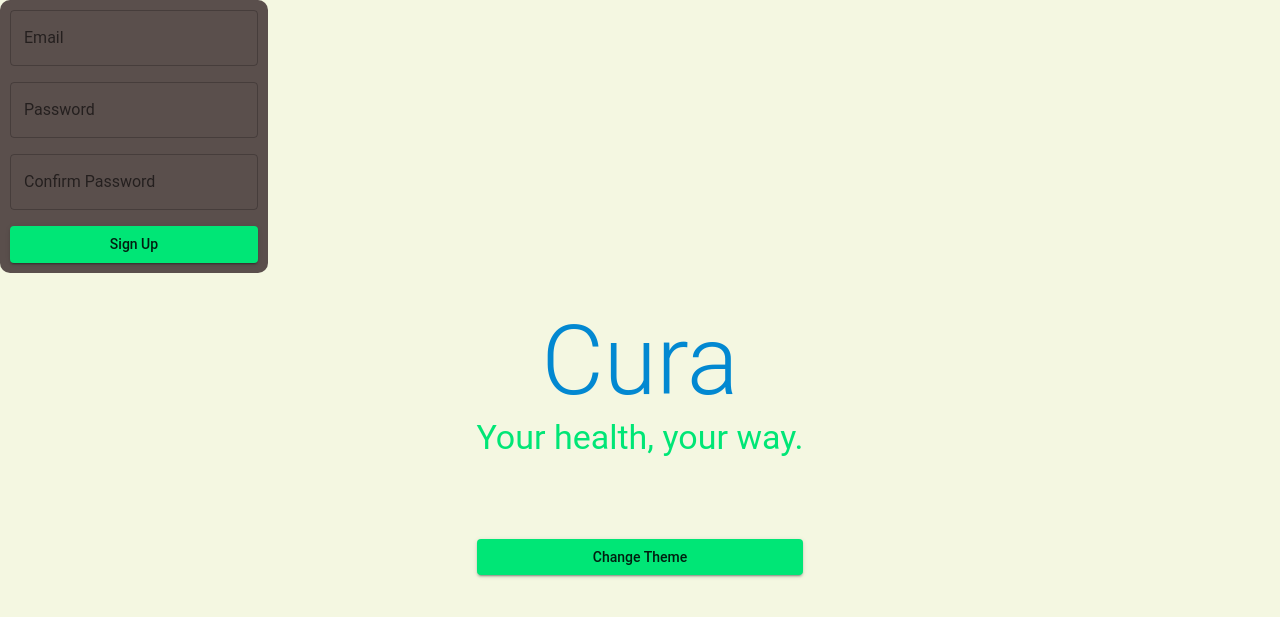
Repository: CryptoFamilyNFT/Cura
Page: / (app in cura/)
An editor plug-in stored every save of this project. The page is shown before and after the next save, followed by the edit.
The browser window is 1280 px wide. The pictures show the whole page.
Pictures or frames that could not be fetched are drawn as grey boxes. The project was rebuilt for these pictures with package versions that can differ from the ones it lists, and the page was loaded fresh each time. Also part of the build but not shown: cura/vite.config.js.

Above is the page before, as saved 2025-03-04 16:29:33.

After the next save:
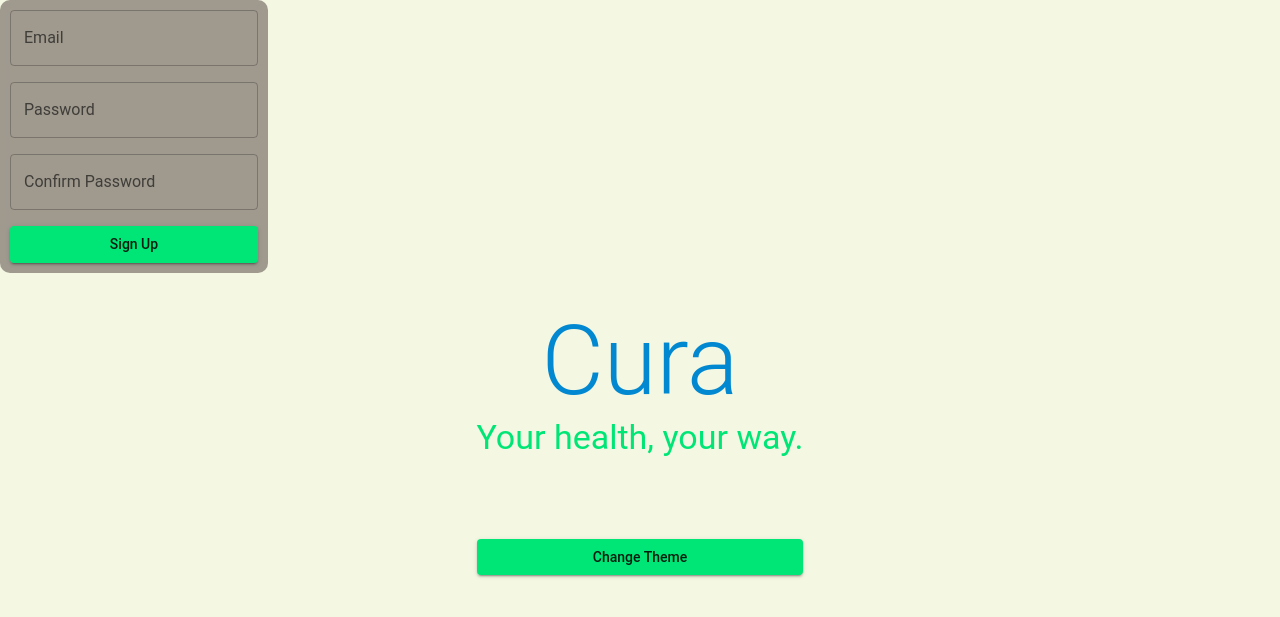
Saved 5 s later.
--- a/cura/src/components/SignUp/SignUp.jsx
+++ b/cura/src/components/SignUp/SignUp.jsx
@@ -17,7 +17,7 @@
                 left: 0,
                 width: 'auto',
                 height: 'auto',
-                backgroundColor: 'rgba(74, 60, 60, 0.9)',
+                backgroundColor: 'rgba(74, 60, 60, 0.5)',
                 zIndex: 1,
                 backdropFilter: 'blur(5px)',
                 padding: 10,
